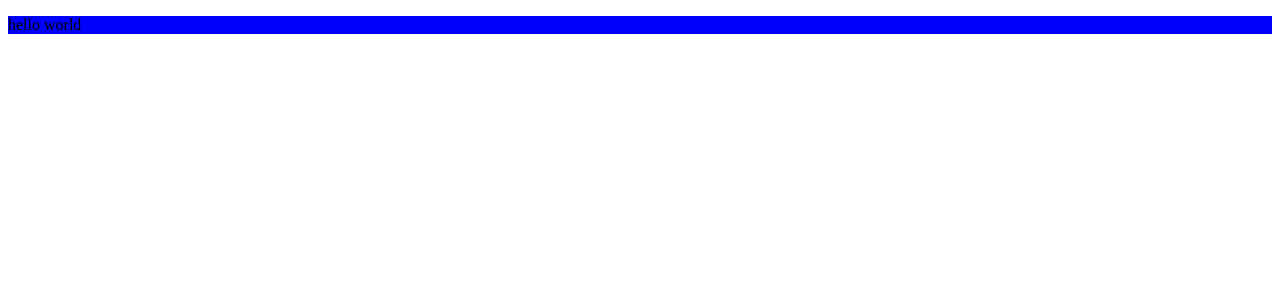
Repository: alizey12/calculator
Page: index.html
An editor plug-in stored every save of this project. The page is shown before and after a run of saves, followed by the edit.
The browser window is 1280 px wide. The pictures show the whole page.

Above is the page before, as saved 2024-11-23 18:24:34.

After the next 2 saves:
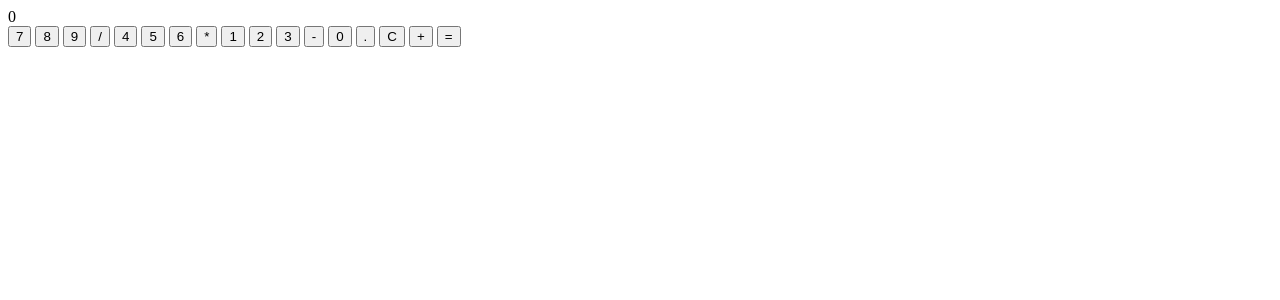
The 2 saves are shown as one change because they came seconds apart.
The last was saved 3 min 2 s later.
--- a/index.html
+++ b/index.html
@@ -8,9 +8,51 @@
 </head>
 <body>
 
-    <div class="main">
-    <p>hello world</p>
-</div>
+
+
+    <!DOCTYPE html>
+    <html lang="en">
+    <head>
+        <meta charset="UTF-8">
+        <meta name="viewport" content="width=device-width, initial-scale=1.0">
+        <title>Simple Calculator</title>
+        <link rel="stylesheet" href="styles.css">
+    </head>
+    <body>
+        <div class="calculator">
+            <div class="display" id="display">0</div>
+            <div class="buttons">
+                <button class="btn">7</button>
+                <button class="btn">8</button>
+                <button class="btn">9</button>
+                <button class="btn operator">/</button>
+                <button class="btn">4</button>
+                <button class="btn">5</button>
+                <button class="btn">6</button>
+                <button class="btn operator">*</button>
+                <button class="btn">1</button>
+                <button class="btn">2</button>
+                <button class="btn">3</button>
+                <button class="btn operator">-</button>
+                <button class="btn">0</button>
+                <button class="btn">.</button>
+                <button class="btn" id="clear">C</button>
+                <button class="btn operator">+</button>
+                <button class="btn operator" id="equals">=</button>
+            </div>
+        </div>
+        <script src="script.js"></script>
+    </body>
+    </html>
+
+
+
+
+
+
+
+
+
     <script src="script.js"></script>
 </body>
 </html>
